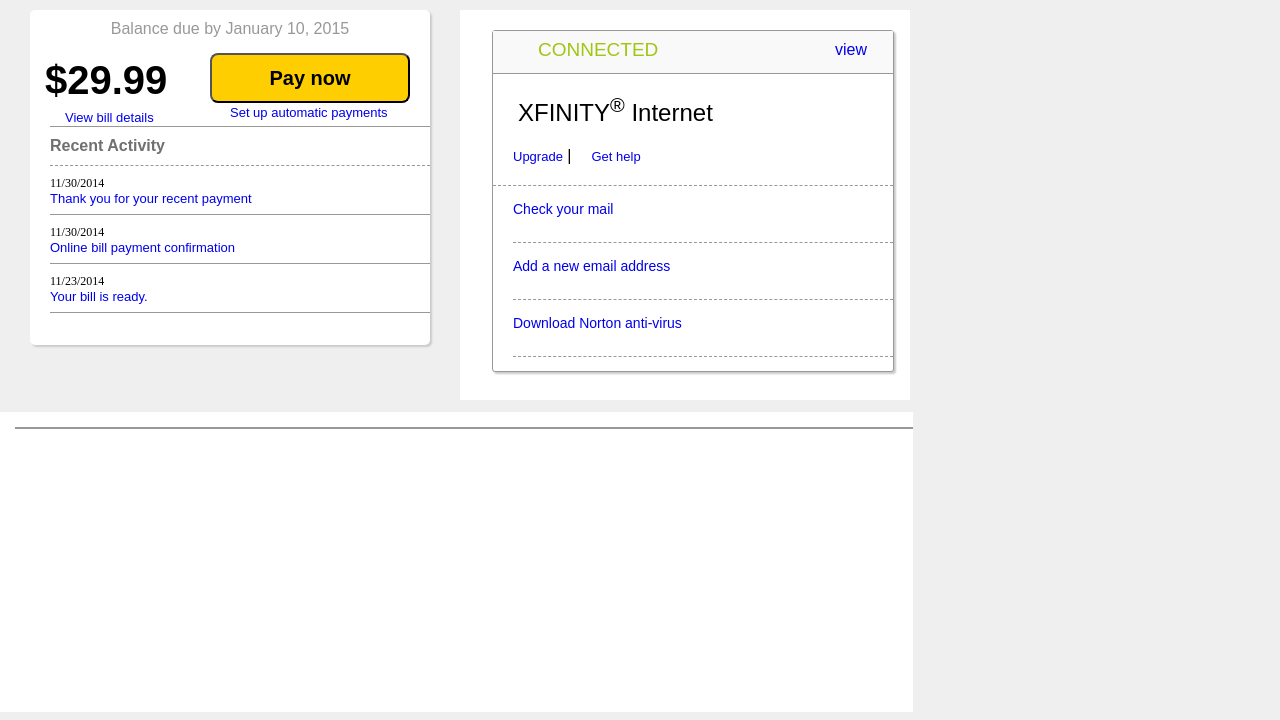
Repository: Sakivaday/UI-TSQ
Page: Aptana Studio 3 Workspace/tsq/assignment3/comcast.html
These files come from the project's save history. The page is drawn as it stood at one moment and after the next save; the edit follows.
The browser window is 1280 px wide. The pictures show the whole page.
Pictures or frames that could not be fetched are drawn as grey boxes.

Above is the page before, as saved 2015-01-20 05:03:21.

After the next save:
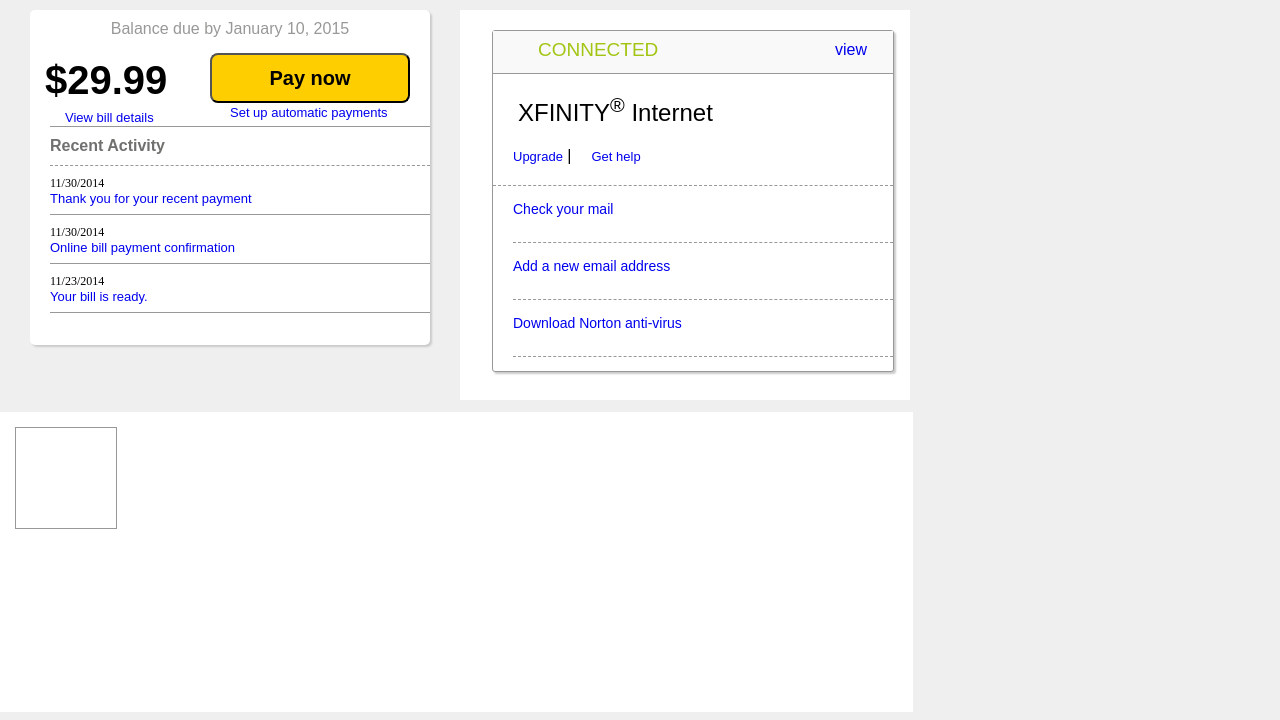
Saved 54 s later.
--- a/Aptana Studio 3 Workspace/tsq/assignment3/new_file.css
+++ b/Aptana Studio 3 Workspace/tsq/assignment3/new_file.css
@@ -165,7 +165,7 @@
 	margin-top: 12px;
 }
 .rectbox{
-	height: 100px
+	height: 100px;
 	width: 100px;
 	border: 1px solid #989896;
 	margin-top: 15px;
